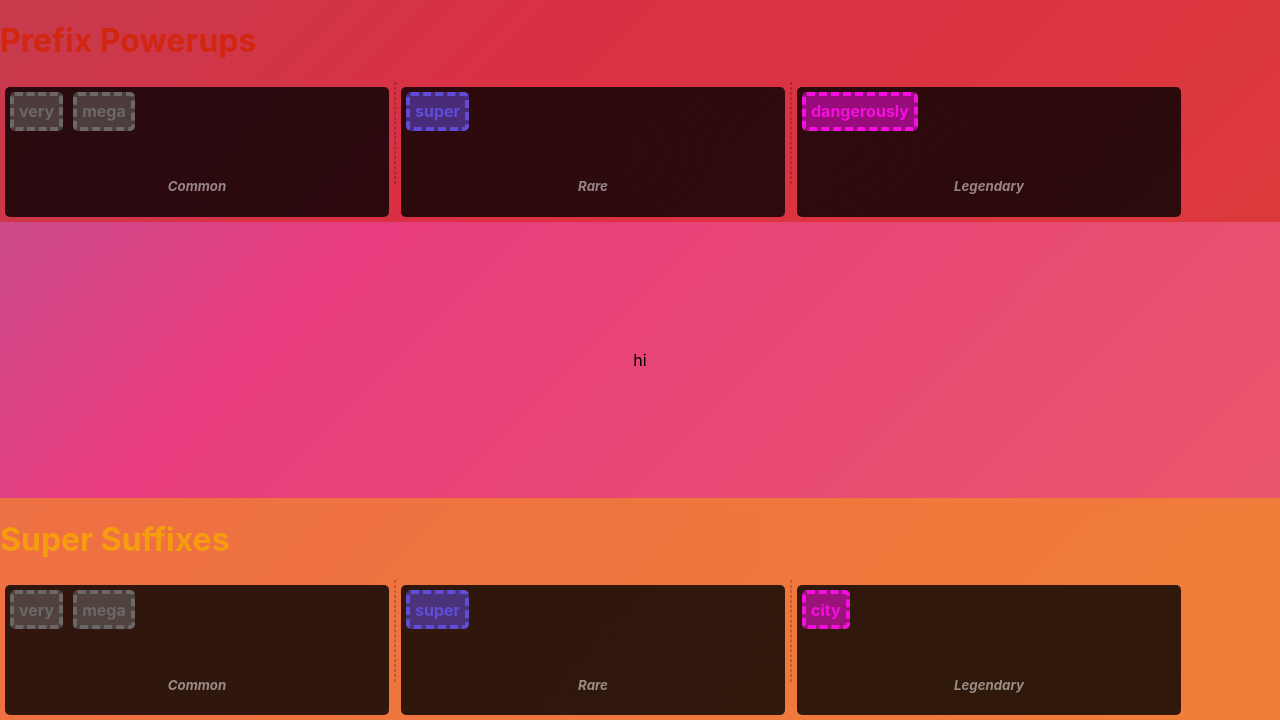
Repository: bsalgado98/buns-inator
Page: /
An editor plug-in stored every save of this project. The page is shown before and after the next save, followed by the edit.
The browser window is 1280 px wide. The pictures show the whole page.
The project was rebuilt for these pictures with package versions that can differ from the ones it lists, and the page was loaded fresh each time.

Above is the page before, as saved 2022-04-25 23:21:59.

### src/index.css
body {
    margin: 0;
    padding: 0;
    font-family: -apple-system, BlinkMacSystemFont, 'Segoe UI', 'Roboto', 'Oxygen',
        'Ubuntu', 'Cantarell', 'Fira Sans', 'Droid Sans', 'Helvetica Neue',
        sans-serif;
    -webkit-font-smoothing: antialiased;
    -moz-osx-font-smoothing: grayscale;
    height: 100vh;
    background-attachment: fixed;
}

code {
    font-family: source-code-pro, Menlo, Monaco, Consolas, 'Courier New', monospace;
}

### src/App.js
import './App.css';
import WordBank from './components/WordBank/WordBank'
import { RARITY, PART_OF_SENTENCE, COLOR } from './utility/constants'

function App() {
    const wordList = {
        prefixPowerups: [
            {
                sectionTitle: RARITY.COMMON,
                words: ['very', 'mega'],
                color: COLOR.COMMON,
                partOfSentence: PART_OF_SENTENCE.PREFIX
            },
            {
                sectionTitle: RARITY.RARE,
                words: ['super'],
                color: COLOR.RARE,
                partOfSentence: PART_OF_SENTENCE.PREFIX
            },
            {
                sectionTitle: RARITY.LEGENDARY,
                words: ['dangerously'],
                color: COLOR.LEGENDARY,
                partOfSentence: PART_OF_SENTENCE.PREFIX
            }
        ],
        superSuffixes: [
            {
                sectionTitle: RARITY.COMMON,
                words: ['very', 'mega'],
                color: COLOR.COMMON,
                partOfSentence: PART_OF_SENTENCE.SUFFIX
            },
            {
                sectionTitle: RARITY.RARE,
                words: ['super'],
                color: COLOR.RARE,
                partOfSentence: PART_OF_SENTENCE.SUFFIX
            },
            {
                sectionTitle: RARITY.LEGENDARY,
                words: ['city'],
                color: COLOR.LEGENDARY,
                partOfSentence: PART_OF_SENTENCE.SUFFIX
            }
        ]
    }

    return (
        <div className="App">
            <div className="word-bank">
                <WordBank bankTitle='Prefix Powerups' color={COLOR.PREFIX_POWERUPS} wordCollection={wordList.prefixPowerups} />
            </div>
            <div className="subject-card-container">
                hi
            </div>
            <div className="word-bank">
                <WordBank bankTitle='Super Suffixes' color={COLOR.SUPER_SUFFIXES} wordCollection={wordList.superSuffixes} />
            </div>
        </div>
    );
}

export default App;

### src/App.css
.App {
    text-align: center;
    height: 100vh;
    display: flex;
    flex-direction: column;
    background: linear-gradient(-45deg, #ee7752, #e73c7e, #23a6d5, #23d5ab);
	background-size: 400% 400%;
	animation: gradient 15s ease infinite;
    background-attachment: fixed;
}

.word-bank {
}

.subject-card-container {
    flex-grow: 3;
    display: flex;
    align-items: center;
    justify-content: center;
}

@keyframes gradient {
	0% {
		background-position: 0% 50%;
	}
	50% {
		background-position: 100% 50%;
	}
	100% {
		background-position: 0% 50%;
	}
}

### src/components/WordBank/WordBank.js
import createWordSection from "../../utility/wordSection"

const WordBank = ({ bankTitle = "N/A", color = "#000000", wordCollection = [] }) => {
    const styles = {
        container: {
            style: {
                backgroundColor: `${color}88`,
                display: 'flex',
                flexDirection: 'column'
            }
        },
        title: {
            style: {
                color: color
            },
            container: {
                style: {
                    display: 'flex',
                    width: '100%'
                }
            }
        },
        collectionArea: {
            style: {
                display: 'flex'
            },
            section: {
                style: {
                    display: 'flex',
                    flexDirection: 'column',
                    width: '30%',
                    backgroundColor: 'rgba(0, 0, 0, 0.8)',
                    backdropFilter: 'blur(100px)',
                    margin: '5px',
                    borderRadius: '5px'
                },
                wordArea: {
                    style: {
                        display: 'flex'
                    }
                },
                title: {
                    style: {
                        opacity: '0.5',
                        fontStyle: 'italic',
                        color: 'white'
                    }
                }
            }
        },
        divider: {
            style: {
                height: '100px',
                width: '0px',
                border: '1px dashed black',
                opacity: '0.2'
            }
        }
    }
    return (
        <div style={styles.container.style}>
            <div style={styles.title.container.style}>
                <h1 style={styles.title.style}>{bankTitle}</h1>
            </div>
            <div style={styles.collectionArea.style}>
                {wordCollection.map((section, i) => {
                    return (
                        <>
                            {i !== 0 ? <span style={styles.divider.style}></span> : null}
                            <div key={`section-${i}`} style={styles.collectionArea.section.style} className="section">
                                <div style={styles.collectionArea.section.wordArea.style}>
                                    {createWordSection(section.words, section.color, section.partOfSentence)}
                                </div>
                                <h5 style={styles.collectionArea.section.title.style}>{section.sectionTitle}</h5>
                            </div>
                        </>
                    )
                })}
            </div>
        </div>
    )
}

export default WordBank

### src/utility/constants.js
export const RARITY = {
    COMMON: 'Common',
    RARE: 'Rare',
    LEGENDARY: 'Legendary'
}

export const PART_OF_SENTENCE = {
    PREFIX: 'prefix',
    SUFFIX: 'suffix'
}

export const COLOR = {
    COMMON: "#6b6867",
    RARE: "#614cd9",
    LEGENDARY: "#f50fde",
    PREFIX_POWERUPS: "#d12711",
    SUPER_SUFFIXES: "#f59d0f"
}

### src/utility/wordSection.js
import WordCard from "../components/WordCard/WordCard";

function createWordSection(words, wordColor, partOfSentence) {
    return words.map((word, i) => <WordCard key={`word-${i}`} text={word} color={wordColor} />)
}

export default createWordSection

### src/components/WordCard/WordCard.js
const WordCard = ({ text = "N/A", color = "#000000", partOfSentence }) => {
    const styles = {
        container: {
            style: {
                background: `${color}88`,
                display: 'flex',
                border: `4px dashed ${color}`,
                margin: '5px',
                padding: '5px',
                borderRadius: '5px',
                height: '30%',
                alignItems: 'center'
            }
        },
        text: {
            style: {
                color: color,
                fontSize: '16px'
            }
        }
    }
    return (
        <div style={styles.container.style}>
            <h1 style={styles.text.style}>{text}</h1>
        </div>
    )
}

export default WordCard

Loaded but not shown: public/index.html (common file); src/index.js (common file); src/reportWebVitals.js (common file)

After the next save:
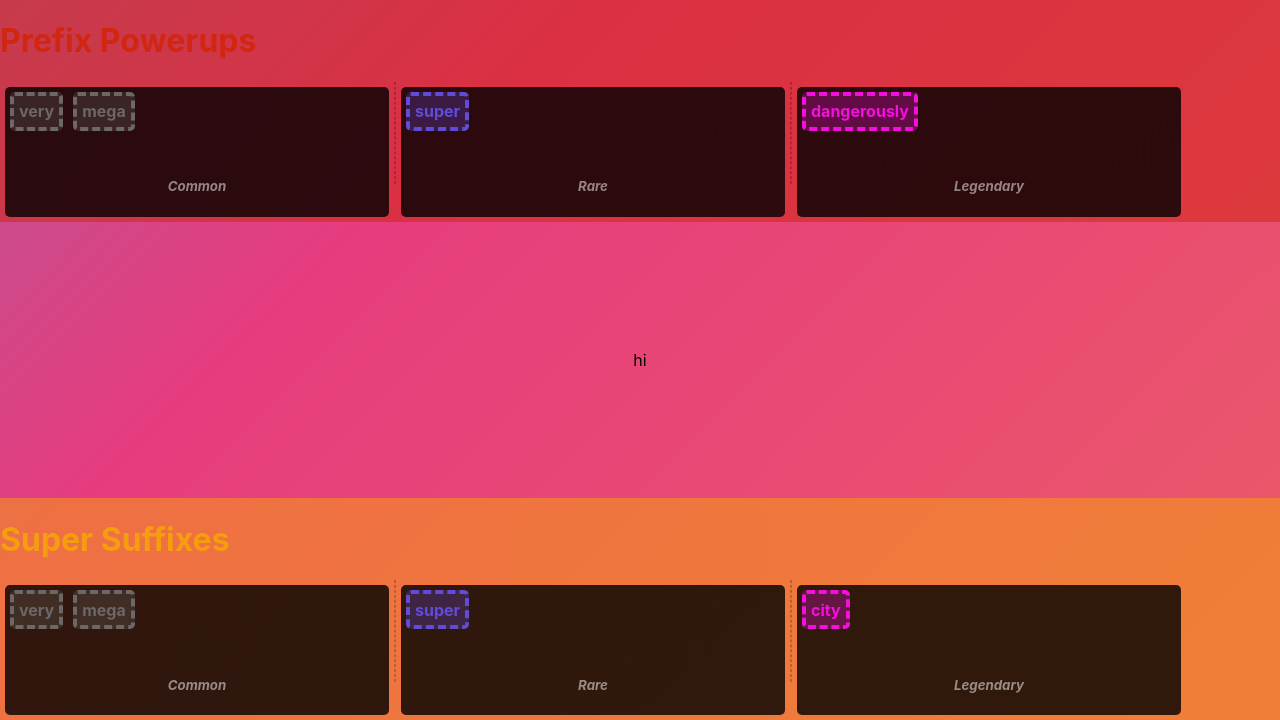
Saved 25 s later.
--- a/src/components/WordCard/WordCard.js
+++ b/src/components/WordCard/WordCard.js
@@ -2,7 +2,7 @@ const WordCard = ({ text = "N/A", color = "#000000", partOfSentence }) => {
     const styles = {
         container: {
             style: {
-                background: `${color}88`,
+                background: `${color}44`,
                 display: 'flex',
                 border: `4px dashed ${color}`,
                 margin: '5px',
